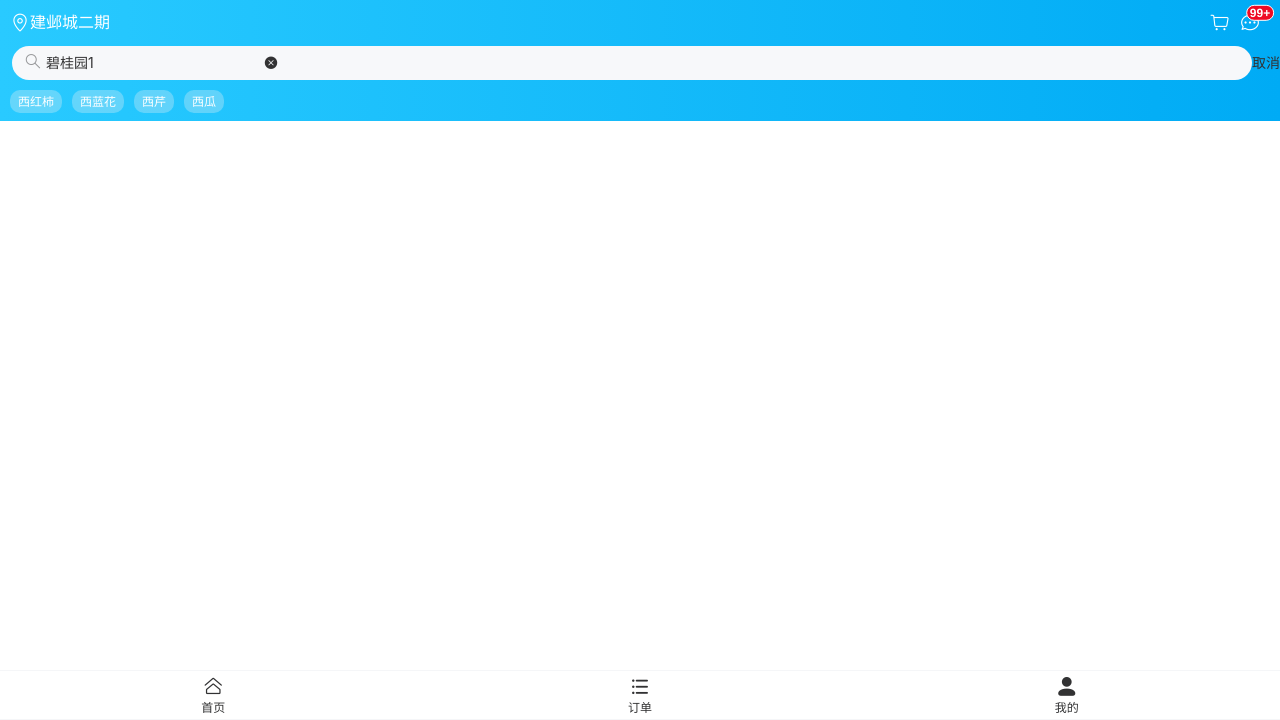
Repository: AhriLovePeach/elm-h5
Page: /
The author's editor kept a copy of each file at every save. The page is drawn from the files as they stood at one save, then again after the next save.
The browser window is 1280 px wide. The pictures show the whole page.
The page's requests for data from a server got no answer. The project was rebuilt for these pictures with package versions that can differ from the ones it lists, and the page was loaded fresh each time. No one was signed in, and anything a server would have sent is missing. Also part of the build but not shown: src/components/HelloWorld.vue, src/components/WelcomeItem.vue, src/components/icons/IconDocumentation.vue, src/components/icons/IconTooling.vue, src/components/icons/IconEcosystem.vue, src/components/icons/IconCommunity.vue, src/components/icons/IconSupport.vue, src/components/TheWelcome.vue and 1 more. Imported but missing from the stored project, and not drawn on this page: src/views/tabs/order/OrderView.vue.

Above is the page before, as saved 2025-04-06 15:15:29.

### src/main.ts
import './assets/main.css'
import 'vant/lib/index.css'
import { createApp } from 'vue'
import { createPinia } from 'pinia'

import App from './App.vue'
import router from './router'

const app = createApp(App)
app.use(createPinia())
app.use(router)

const rootValue = 16
const rootWidth = 390
const deviceWidth = document.documentElement.clientWidth
document.documentElement.style.fontSize = `${(deviceWidth / rootWidth) * rootValue}px`

app.mount('#app')

### src/components/OpSearch.vue
<script setup lang="ts">
interface OpSearchProps {
    showAction?: boolean,
    background?: string,
    placeholder?: string,
    shape?: string,
    modelValue?: string | number,
}
const props = defineProps<OpSearchProps>()

interface OpEmitProps {
    (emit: 'search', value?: string | number): void,
    (emit: 'clear'): void,
    (emit: 'cancel'): void,
    (emit: 'update:modelValue', value?: string | number): void
}
const emits = defineEmits<OpEmitProps>()

const onKeydown = (event: KeyboardEventInit) => {
    const ENTER_KEY_CODE = 13
    const ESC_KEY_CODE = 27
    if (event.keyCode === ENTER_KEY_CODE) {
        emits('search', props.modelValue)
    }
    if (event.keyCode === ESC_KEY_CODE) {
        emits('clear')
    }
}
const onClear = () => {
    emits('update:modelValue', '')
    emits('clear')
}
</script>
<template>
    <div class="op-search" :class="{ 'op-search--show-action': showAction }" :style="{ background: background }">
        <div class="op-search__content" :class="shape ? `op-search__content--${shape} ` : ''">
            <div class="op-cell op-search__field">
                <div class="op-field__left-icon">
                    <van-icon name="search" />
                </div>
                <div class="op-cell_value">
                    <div class="op-field__body">
                        <input type="search" class="op-field__control" :placeholder="placeholder" :value="modelValue"
                            @keydown="onKeydown"
                            @input="(event) => emits('update:modelValue', ((event.target as HTMLInputElement)?.value || ''))" />
                        <div v-if="$slots['right-icon']" class="op-field__right-icon">
                            <slot name="right-icon"></slot>
                        </div>
                        <van-icon v-else-if="modelValue" name="clear" class="op-field__clear" />
                    </div>

                </div>
            </div>
        </div>
        <div v-if="showAction" class="op-search__action">
            <slot name="action">
                <div @click="emits('cancel')">取消</div>
            </slot>
        </div>
    </div>
</template>
<style lang="scss">
:root {
    --op-search-padding: 10px var(--van-padding-sm);
    --op-search-background-color: var(--van-background-2);
    --op-search-content-background: var(--van-gray-1);
    --op-search-left-icon-color: var(--van-gray-6);
    --op-search-action-padding: 0var(--van-padding-xs);
    --op-search-action-text-color: var(--van-text-color);
    --op-search-action-font-size: var(--van-font-size-md);
    --op-search-input-height: 34px;
}

.op-search {
    display: flex;
    align-items: center;
    box-sizing: border-box;
    padding: var(--op-search-padding);
    background: var(--op-search-background-color);

    &--show-action {
        padding-right: 0;
    }

    &__content {
        display: flex;
        flex: 1;
        padding-left: var(--van-padding-sm);
        background: var(--op-search-content-background);
        border-radius: var(--van-radius-sm);

        &--round {
            border-radius: var(--van-radius-max);
        }
    }

    &__action {
        padding: var(--op-search-action-padding);
        color: var(--op-search-action-text-color);
        font-size: var(--op-search-action-font-size);
        line-height: var(--op-search-input-height);
        cursor: pointer;
        user-select: none;
    }

    &__field {
        flex: 1;
        padding: 5px var(--van-padding-xs) 5px 0;
        background-color: transparent;

        .op-field__left-icon {
            color: var(--op-search-left-icon-color);
            margin-right: var(--van-padding-base);

            .van-icon {
                font-size: var(--van-field-icon-size);
            }
        }
    }
}

.op-cell {
    display: flex;
    box-sizing: border-box;
    width: 100%;
    color: var(--van-cell-text-color);
    font-size: var(--van-cell-font-size);
    line-height: var(--van-cell-line-height);

    &__value {
        flex: 1;
        color: var(--van-cell-text-color);
        vertical-align: middle;
        word-wrap: break-ward;
    }

}

.op-field {

    &__control {
        display: block;
        box-sizing: border-box;
        width: 100%;
        min-width: 0;
        margin: 0;
        padding: 0;
        border: 0;
        color: var(--van-field-input-text-color);
        line-height: inherit;
        text-align: left;
        background-color: transparent;
        resize: none;
        user-select: auto;

        &::placeholder {
            color: var(--van-field-placeholder-text-color);
        }
    }

    &__body {
        display: flex;
        align-items: center;

        &__right-icon {
            color: var(--van-field-right-icon-color);
            padding: 0var(--van-padding-xs);
            line-height: inherit;
            flex-shrink: 0;

            &__clear {
                color: var(--van-field-clear-icon-color);
                font-size: var(--van-field-clear-icon-size) !important;
                cursor: pointer;
            }
        }
    }
}

input {

    &::-webkit-search-decoration,
    &::-webkit-search-cancel-button,
    &::-webkit-search-results-button,
    &::-webkit-search-results-decoration {
        display: none;
    }
}
</style>

### src/App.vue
<script setup lang="ts">
import TabsView from "./views/tabs/TabsView.vue";
import fetchTest from "@/api/test";
fetchTest()
</script>

<template>
  <TabsView></TabsView>
</template>

<style scoped>
@import 'normalize.css';

#app {
  -webkit-font-smoothing: antialiased;
  -moz-osx-font-smoothing: grayscale;
}
</style>

### src/views/tabs/TabsView.vue
<script setup lang="ts">
import { RouterView, useRoute, useRouter } from 'vue-router'
import { ref, watch } from "vue";
const route = useRoute()
const router = useRouter()
const activeRef = ref(route.name as string)
watch(activeRef, (newName) => {
    router.push({
        name: newName
    })
});
</script>
<template>
    <RouterView />
    <VanTabbar v-model="activeRef">
        <VanTabbarItem name="home" icon="home-o">首页</VanTabbarItem>
        <VanTabbarItem name="order" icon="bars">订单</VanTabbarItem>
        <VanTabbarItem name="me" icon="contact">我的</VanTabbarItem>
    </VanTabbar>
</template>
<style>
.tit {
    text-align: center;
}
</style>

### src/api/test.ts
import axios from './base'

const fetchTest = () => {
  return axios
    .get('/test')
    .then((response) => {
      return response.data
    })
    .catch((error) => {
      console.error(error)
    })
}
export default fetchTest

### src/views/tabs/home/HomeView.vue
<script setup lang="ts">
import TheTop from './components/TheTop.vue'
const recommends = [
    {
        value: 1,
        label: '西红柿',
    },
    {
        value: 2,
        label: '西蓝花',
    },
    {
        value: 3,
        label: '西芹',
    },
    {
        value: 4,
        label: '西瓜',
    }
]
</script>
<template>
    <div class="home-view">
        <TheTop :recommends="recommends" />
    </div>
</template>
<style></style>

### src/api/base.ts
import axios from 'axios'

const instance = axios.create({
  baseURL: 'api/',
  //   timeout: 1000,
  //   headers: { 'X-Custom-Header': 'foobar' },
})
// 添加响应拦截器
instance.interceptors.response.use((response) => {
  const { data: _data } = response
  const { code, data, msg } = _data
  if (code !== 0) {
    return Promise.reject(msg)
  }
  return data
})
export default instance

### src/views/tabs/home/components/TheTop.vue
<script setup lang="ts">
import OpSearch from '@/components/OpSearch.vue';
import type { ISeachRecommend } from '@/types'
import { on } from 'events';
import { ref } from 'vue';
interface IProps {
    recommends: ISeachRecommend[]
}
defineProps<IProps>()
const searchValue = ref('碧桂园1')
const onSearch = (value?: string | number) => {
    if (value !== undefined) {
        console.log('onSearch', value);
    }
}
const onClear = () => {
    console.log('onClear');
}
const onCancel = () => {
    console.log('onCancel');
}
</script>
<template>
    <div class="home-top">
        <div class="top">
            <van-icon name="location-o" size="20" />
            <span class="location">建邺城二期</span>
            <van-icon name="cart-o" size="20" />
            <van-icon class="chat" name="chat-o" size="20" badge="99+" />
        </div>
        <!-- <div class="search-box">
            <van-search shape="round" background="linear-gradient(90deg, rgb(41, 202, 255) 0%, rgb(0, 171, 245) 100%)"
                placeholder="大头冰糕买5赠2" />
            <van-button class="search-btn" size="small" type="default">搜索</van-button>
        </div> -->
        <OpSearch v-model="searchValue" shape="round" show-action
            background="linear-gradient(90deg, rgb(41, 202, 255) 0%, rgb(0, 171, 245) 100%)" placeholder="大头冰糕买5赠2"
            @search="onSearch" @clear="onClear" @cancel="onCancel">
            <template>
                <div>搜索 </div>
            </template>
            <van-button class="search-btn" size="small" type="default">搜索</van-button>
        </OpSearch>

        <div class="recommend-box">
            <span class="recommend-tag" v-for="item in recommends" :key="item.value">{{ item.label }}</span>
        </div>
    </div>
</template>
<style lang="scss" scoped>
.home-top {
    background: linear-gradient(90deg, rgb(41, 202, 255) 0%, rgb(0, 171, 245) 100%);
    color: #ffffff;

    .top {
        display: flex;
        align-items: center;
        padding: 10px 10px 0 10px;

        .location {
            flex: 1;
            font-size: 16px;
            font-weight: 500;
        }

        .chat {
            margin-left: 10px;
            margin-right: 10px;
        }
    }

    .search-box {
        position: relative;

        .search-btn {
            position: absolute;
            top: 50%;
            right: 20px;
            transform: translateY(-50%);
            z-index: 1;
            color: #ccc;
            border: none;
            background: none;
        }
    }

    .recommend-box {
        display: flex;
        padding: 0 10px 8px;

        .recommend-tag {
            margin-right: 10px;
            padding: 2px 8px;
            font-size: 12px;
            border-radius: 10px;
            background: rgb(242, 242, 242, 0.3);
        }
    }
}
</style>

Loaded but not shown: index.html (common file); src/assets/main.css (common file); src/router/index.ts (common file); src/assets/base.css (common file)

After the next save:
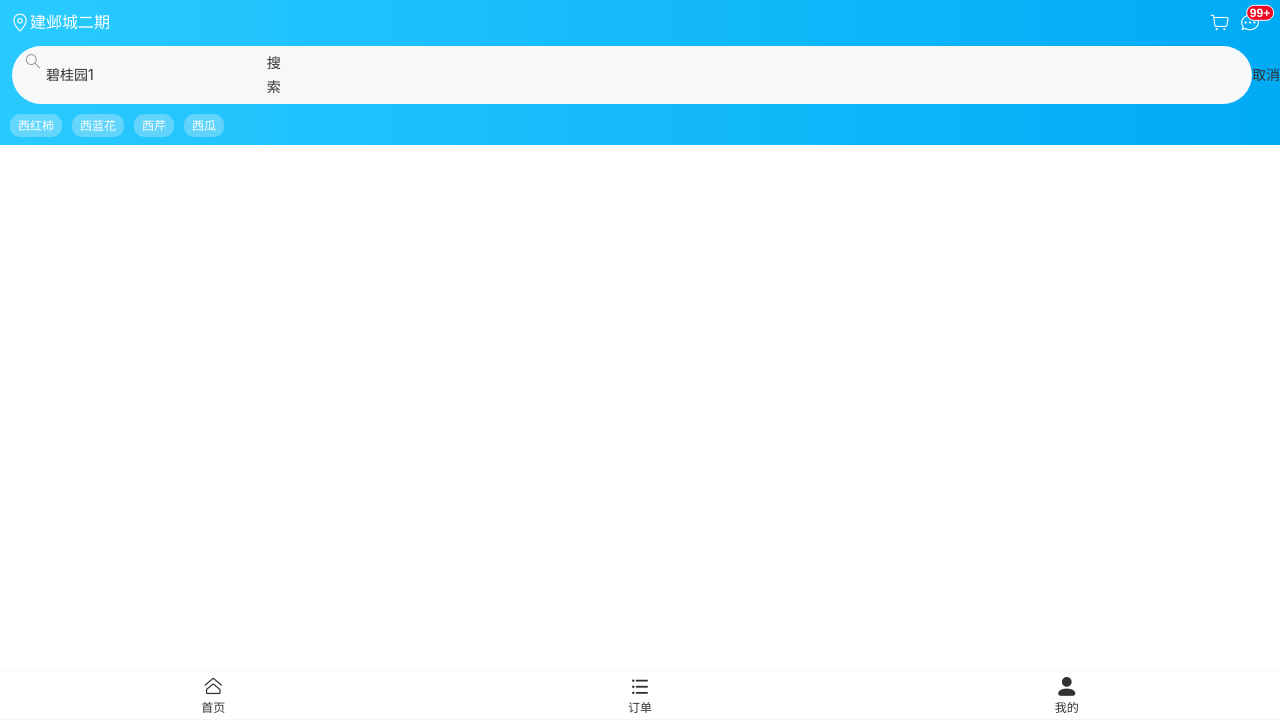
Saved 19 s later.
--- a/src/views/tabs/home/components/TheTop.vue
+++ b/src/views/tabs/home/components/TheTop.vue
@@ -36,10 +36,9 @@
         <OpSearch v-model="searchValue" shape="round" show-action
             background="linear-gradient(90deg, rgb(41, 202, 255) 0%, rgb(0, 171, 245) 100%)" placeholder="大头冰糕买5赠2"
             @search="onSearch" @clear="onClear" @cancel="onCancel">
-            <template>
-                <div>搜索 </div>
+            <template #right-icon>
+                <div>搜索</div>
             </template>
-            <van-button class="search-btn" size="small" type="default">搜索</van-button>
         </OpSearch>
 
         <div class="recommend-box">

After the save that followed:
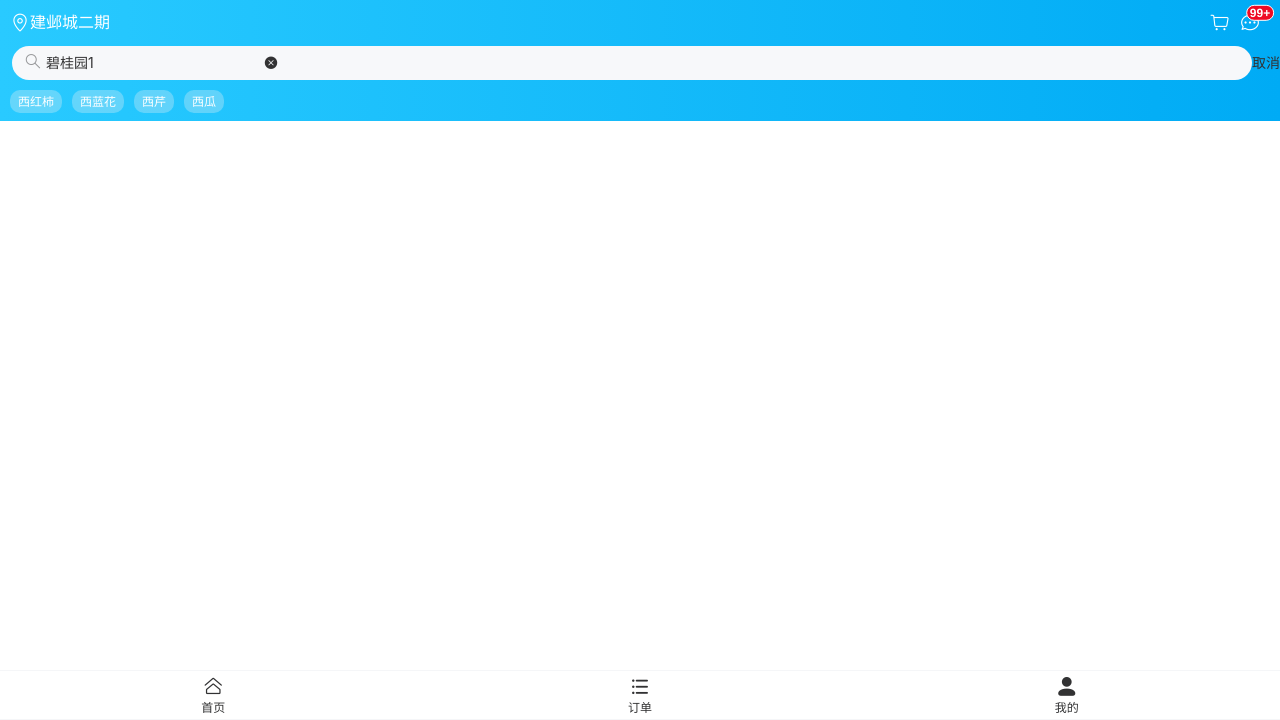
Saved 16 s later.
--- a/src/views/tabs/home/components/TheTop.vue
+++ b/src/views/tabs/home/components/TheTop.vue
@@ -36,9 +36,9 @@
         <OpSearch v-model="searchValue" shape="round" show-action
             background="linear-gradient(90deg, rgb(41, 202, 255) 0%, rgb(0, 171, 245) 100%)" placeholder="大头冰糕买5赠2"
             @search="onSearch" @clear="onClear" @cancel="onCancel">
-            <template #right-icon>
+            <!-- <template #right-icon>
                 <div>搜索</div>
-            </template>
+            </template> -->
         </OpSearch>
 
         <div class="recommend-box">
